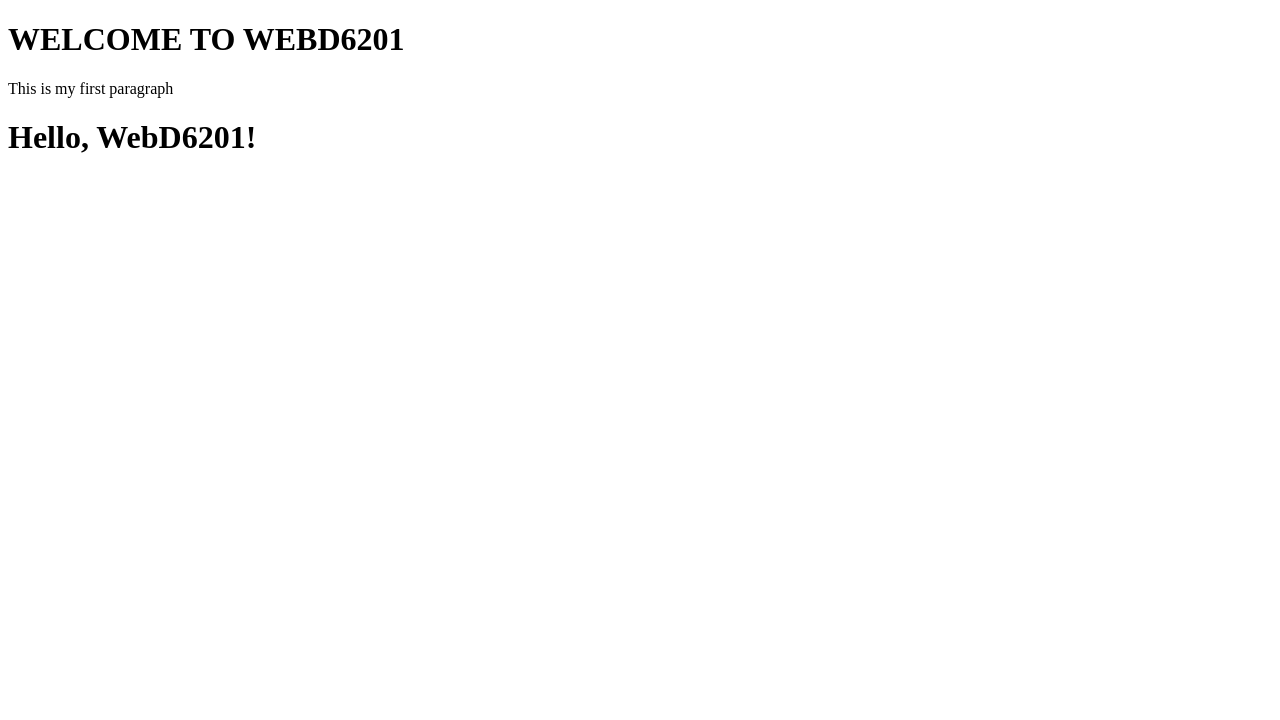
Repository: aaron33aaron/WEBD6201-W2021
Page: index.html
These files come from the project's save history. The page is drawn as it stood at one moment and after the next save; the edit follows.
The browser window is 1280 px wide. The pictures show the whole page.

Above is the page before, as saved 2021-01-20 15:49:21.
Console error: ReferenceError: newDivTag is not defined

After the next save:
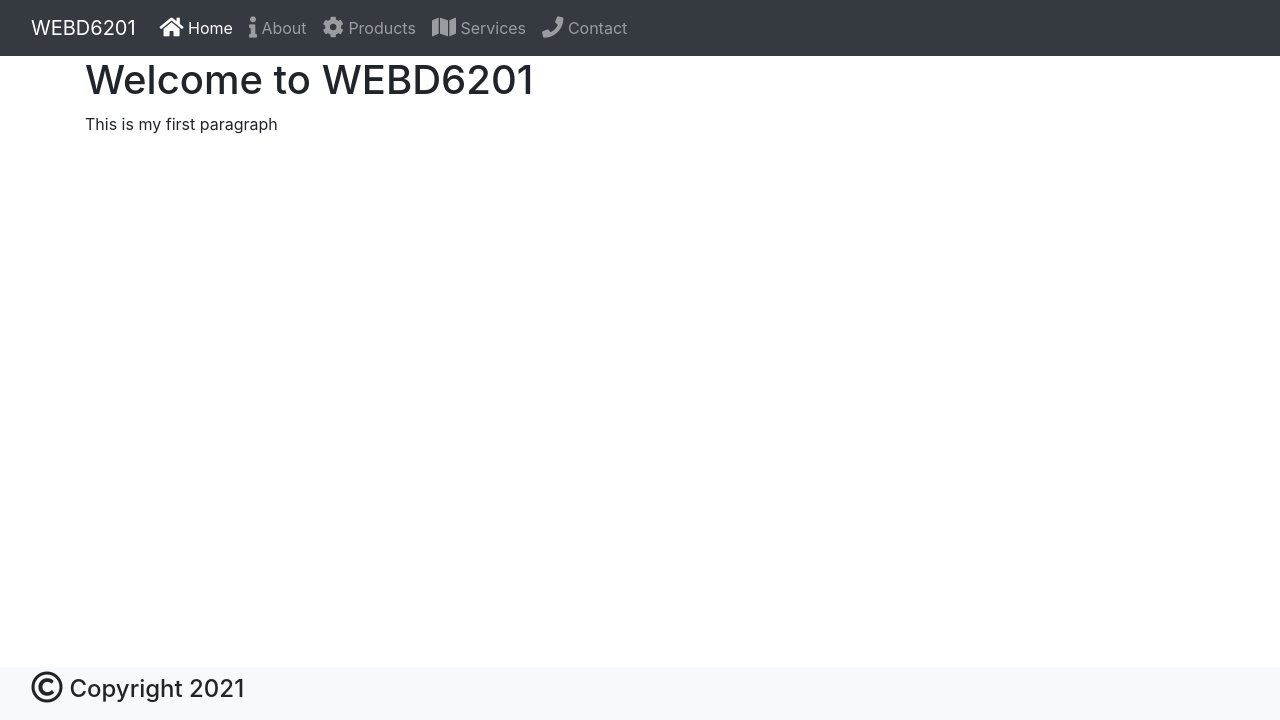
Saved 2 days later.
--- a/index.html
+++ b/index.html
@@ -3,25 +3,67 @@
 <head>
     <meta charset="UTF-8">
     <meta name="viewport" content="width=device-width, initial-scale=1.0">
-    <title>Hello, World! </title>
-    <!-- CSS Section-->
-
-    <!-- Linking app.css-->
+    <title>Home</title>
+    <!-- CSS Section -->
+    <link rel="stylesheet" href="./node_modules/bootstrap/dist/css/bootstrap.min.css">
+    <link rel="stylesheet" href="./node_modules/@fortawesome//fontawesome-free/css/all.min.css">
     <link rel="stylesheet" href="./Content/app.css">
 </head>
+<body>
+    <!-- Main Navigation -->
+    <header>
+        <nav class="navbar navbar-expand-lg navbar-dark bg-dark justify-content-end">
+            <div class="container-fluid">
+              <a class="navbar-brand" href="index.html">WEBD6201</a>
+              <button class="navbar-toggler" type="button" data-bs-toggle="collapse" data-bs-target="#navbarSupportedContent" aria-controls="navbarSupportedContent" aria-expanded="false" aria-label="Toggle navigation">
+                <span class="navbar-toggler-icon"></span>
+              </button>
+              <div class="collapse navbar-collapse" id="navbarSupportedContent">
 
-<main class="container">
-    <h1> WELCOME TO WEBD6201</h1>
-    <p id="paragraphOne" class="fs-3"></p>
-</main>
-<body>
-    <div>
-        <h1>Hello, WebD6201!</h1>
-    </div>
+                <ul class="navbar-nav">
+
+                  <li class="nav-item">
+                    <a id="home" class="nav-link active" aria-current="page" href="index.html"><i class="fas fa-home fa-lg"></i> Home</a>
+                  </li>
+
+                  <li class="nav-item">
+                    <a id="about" class="nav-link" href="about.html"><i class="fas fa-info fa-lg"></i> About</a>
+                  </li>
+
+                  <li class="nav-item">
+                    <a id="products" class="nav-link" href="products.html"><i class="fas fa-cog fa-lg"></i> Products</a>
+                  </li>
+
+                  <li class="nav-item">
+                    <a id="services" class="nav-link" href="services.html"><i class="fas fa-map fa-lg"></i> Services</a>
+                  </li>
+
+                  <li class="nav-item">
+                    <a id="contact" class="nav-link" href="contact.html"><i class="fas fa-phone fa-lg"></i> Contact</a>
+                  </li>
+
+                </ul>
+              </div>
+            </div>
+          </nav>
+    </header>
+
+    <main class="container">
+        <h1>Welcome to WEBD6201</h1>
+        <p id="paragraphOne" class="fs-3"></p>
+    </main>
+
+    <footer>
+        <nav class="navbar fixed-bottom navbar-light bg-light">
+            <div class="container-fluid">
+              <h4><i class="far fa-copyright fa-lg"></i> Copyright 2021</h4>
+            </div>
+          </nav>
+    </footer>
 
     <!-- JavaScript Section -->
-
-    <!-- Linking apps.js-->
+    <script src="./node_modules/jquery/dist/jquery.min.js"></script>
+    <script src="./node_modules/bootstrap/dist/js/bootstrap.bundle.min.js"></script>
     <script src="./Scripts/app.js"></script>
 </body>
 </html>
